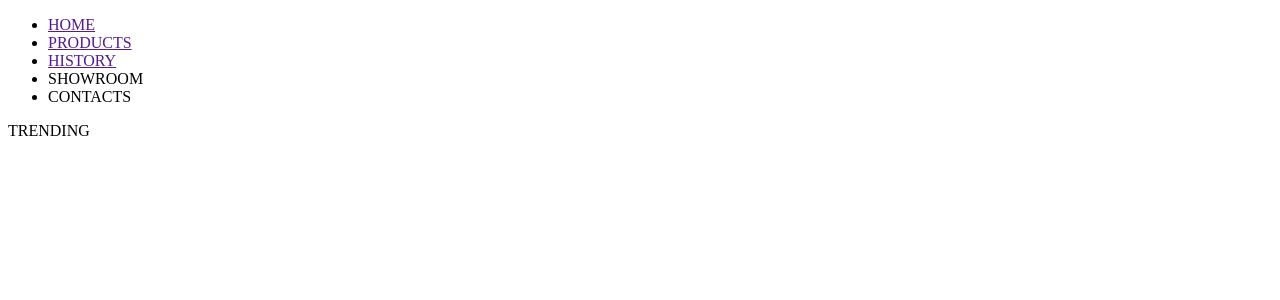
Repository: JaleAliyeva19/interior
Page: index.html
An editor plug-in stored every save of this project. The page is shown before and after the next save, followed by the edit.
The browser window is 1280 px wide. The pictures show the whole page.

Above is the page before, as saved 2022-09-06 05:37:07.

After the next save:
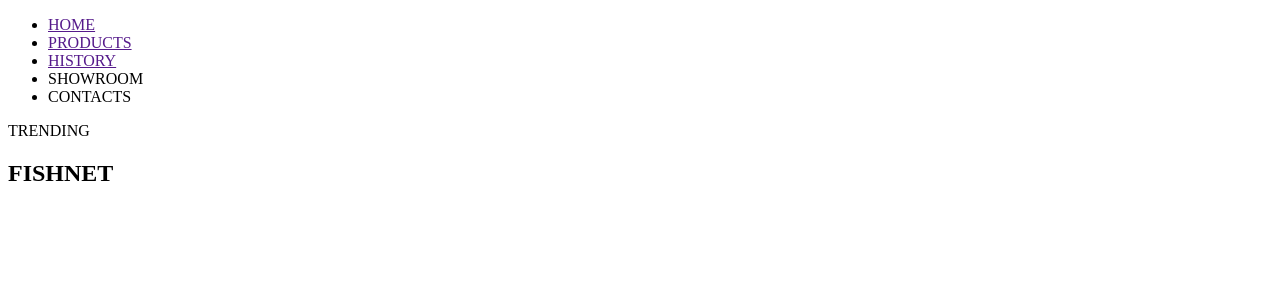
Saved 20 s later.
--- a/index.html
+++ b/index.html
@@ -22,7 +22,7 @@
   </div>
    <div class="slider-text">
     <p class="trending">TRENDING</p>
-    <h2 class="slider-h2"></h2>
+    <h2 class="slider-h2">FISHNET</h2>
     <p class="slider-content"></p>
     <a href="" class="button"></a>
    </div>
